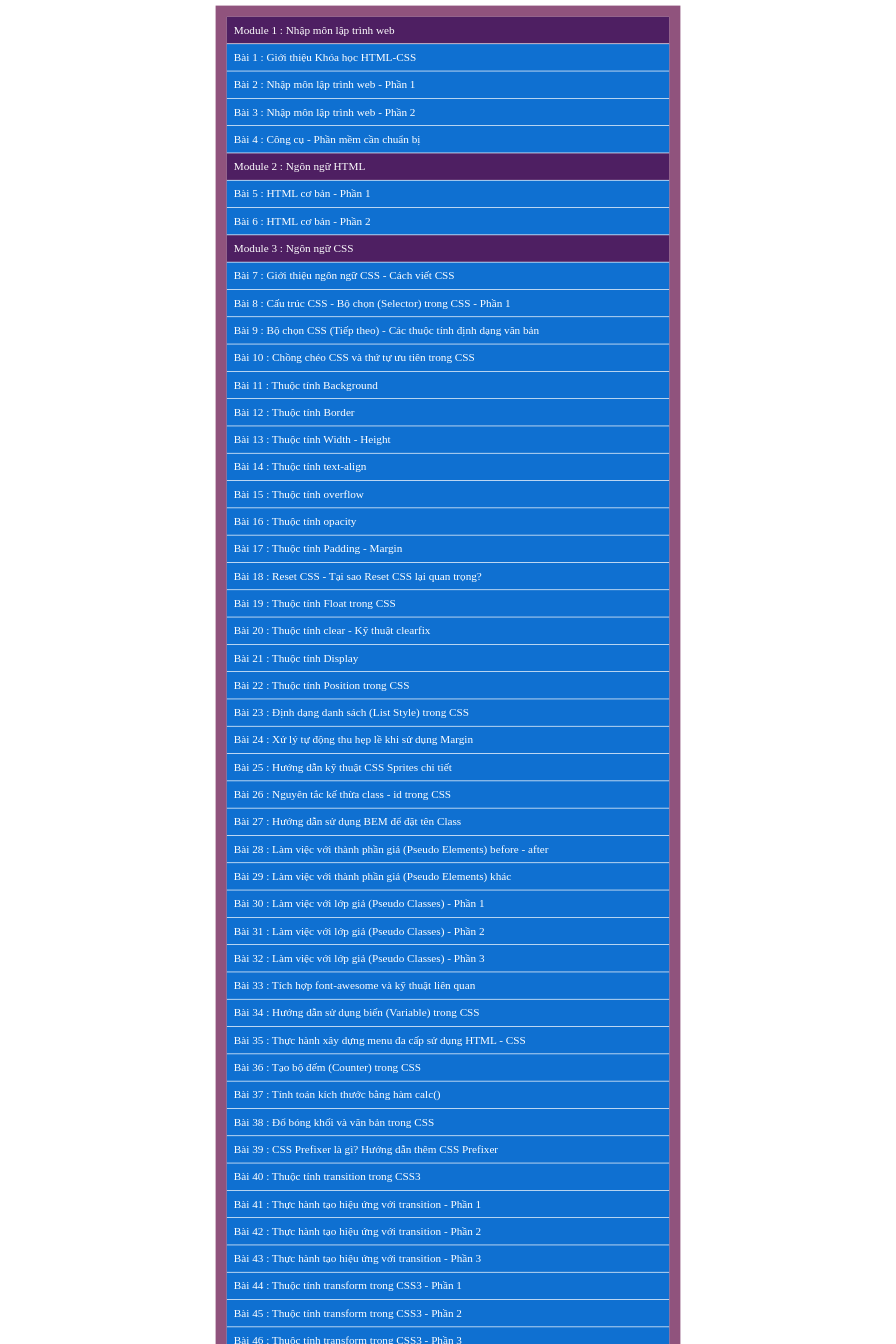
Repository: Dongnguyen318/Quydong
Page: Day 29/index.html
The author's editor kept a copy of each file at every save. The page is drawn from the files as they stood at one save, then again after the next save.
The browser window is 1280 px wide. The pictures show the part of the page from y = 0 to 1920 px (the page is 4650 px tall), at 70% of full size.

Above is the page before, as saved 2023-10-01 00:53:05.

After the next save:
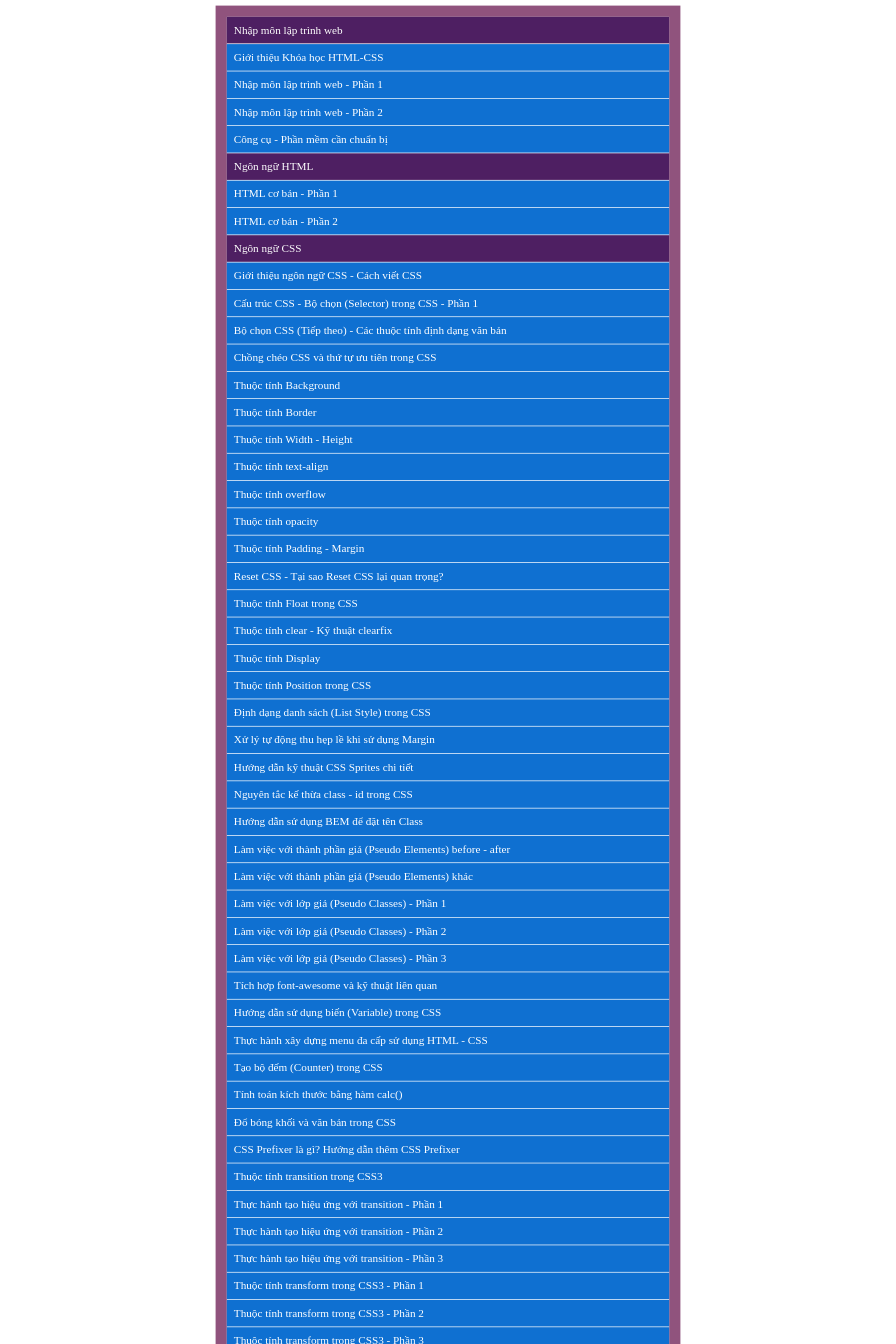
Console error: SyntaxError: Unexpected end of input
Saved 40 s later.
--- a/Day 29/js.js
+++ b/Day 29/js.js
@@ -77,14 +77,5 @@ const autoIndex = function (isFirstLoad) {
       module.children[0].innerText = index + 1;
     }
   });
-  //auto index for all list-item not index
-  const items = [...document.querySelectorAll(".list-item:not(.active)")];
-  items.forEach((item, index) => {
-    if (isFirstLoad) {
-      item.innerHTML = `Bài <span>${index + 1}</span> : ${item.innerText} `;
-    } else {
-      item.children[0].innerText = index + 1;
-    }
-  });
-};
+
 autoIndex(true);

After the save that followed:
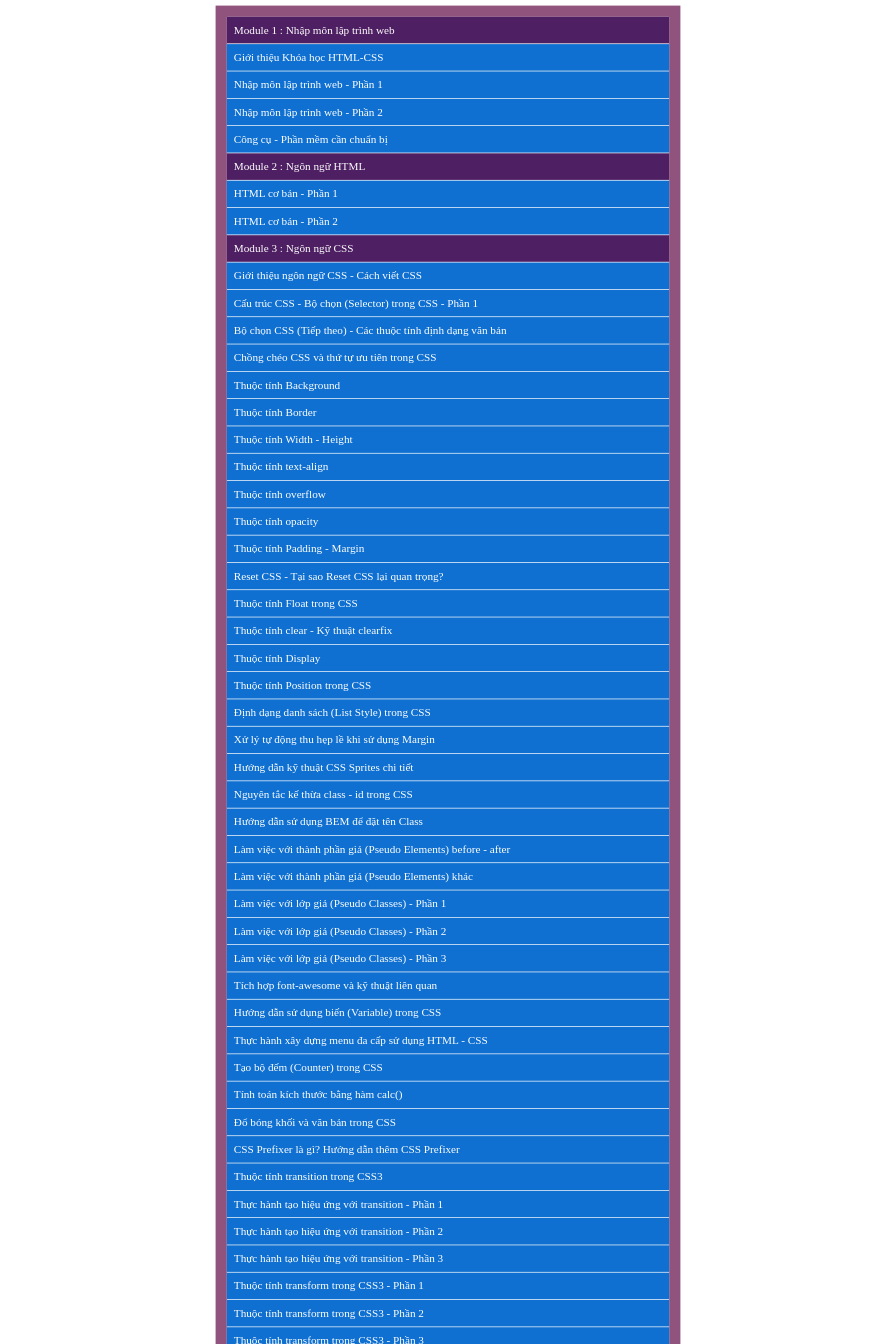
The error is gone.
Saved 12 s later.
--- a/Day 29/js.js
+++ b/Day 29/js.js
@@ -77,5 +77,5 @@ const autoIndex = function (isFirstLoad) {
       module.children[0].innerText = index + 1;
     }
   });
-
+};
 autoIndex(true);
